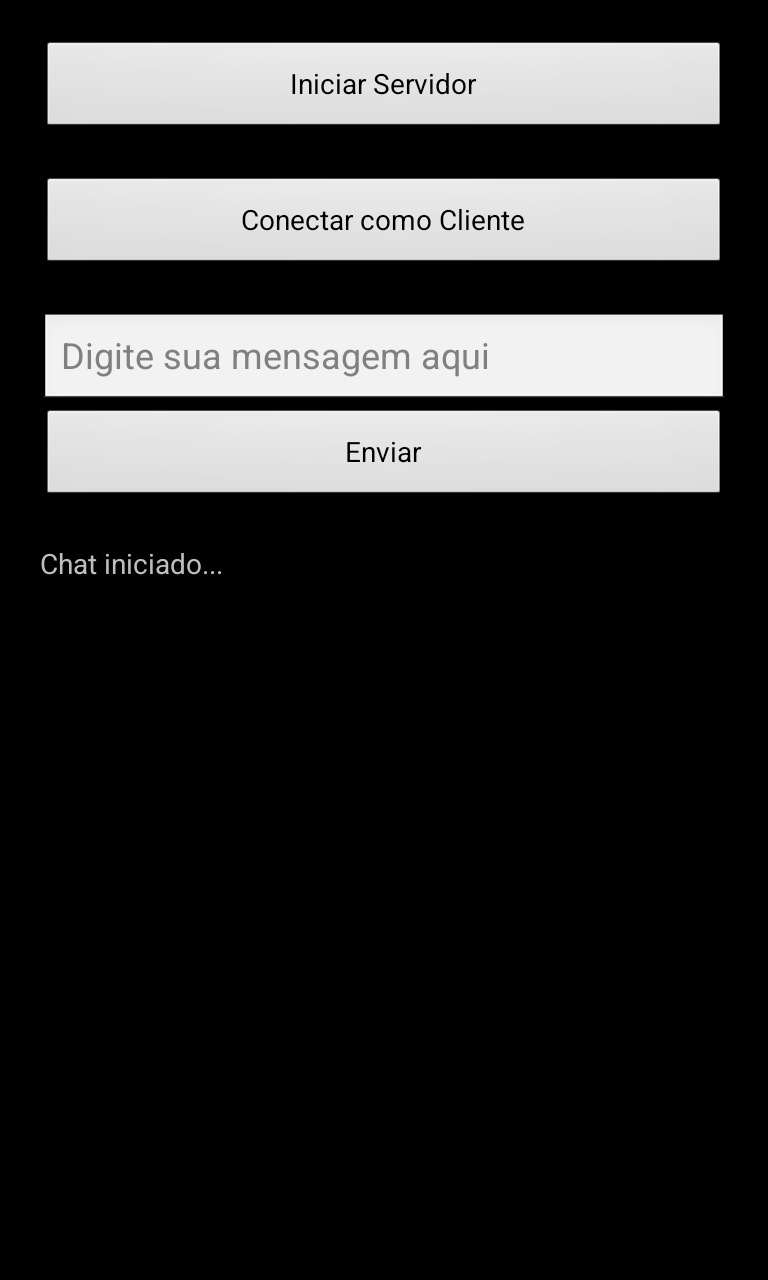
Repository: JoelmirMoura/AppMensagem
Layout: Mensagem/res/layout/main.xml
The author's editor kept a copy of each file at every save. The layout is drawn from the files as they stood at one save, then again after the next save.
It is drawn on a 768 x 1280 px phone screen (xhdpi) without system bars, with theme android:Theme; the app's code is not run.

Above is the layout before, as saved 2026-04-24 18:09:40.

After the next save:
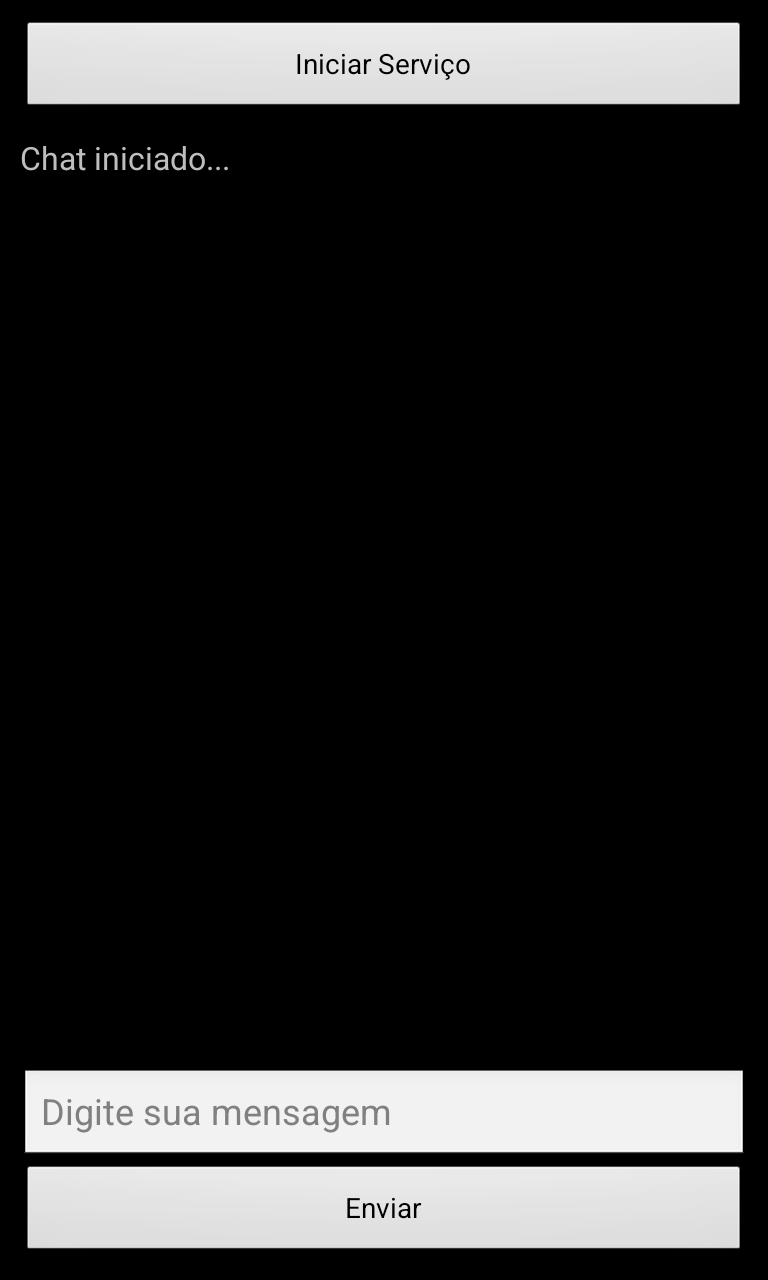
Saved 9 min 55 s later.
--- a/Mensagem/res/layout/main.xml
+++ b/Mensagem/res/layout/main.xml
@@ -1,41 +1,45 @@
 <LinearLayout xmlns:android="http://schemas.android.com/apk/res/android"
     android:orientation="vertical"
-    android:padding="20dp"
+    android:padding="10dp"
     android:layout_width="fill_parent"
     android:layout_height="fill_parent">
 
+    <!-- 🔹 BOTÃO ÚNICO -->
     <Button
         android:id="@+id/btnServidor"
         android:layout_width="fill_parent"
         android:layout_height="wrap_content"
-        android:text="Iniciar Servidor" />
+        android:text="Iniciar Serviço" />
 
-    <Button
-        android:id="@+id/btnCliente"
+    <!-- 🔥 ÁREA DO CHAT COM SCROLL -->
+    <ScrollView
+        android:id="@+id/scrollChat"
         android:layout_width="fill_parent"
-        android:layout_height="wrap_content"
-        android:text="Conectar como Cliente"
-        android:layout_marginTop="20dp" />
+        android:layout_height="0dp"
+        android:layout_weight="1"
+        android:layout_marginTop="10dp">
 
-    <!-- 👇 NOVO CAMPO PARA DIGITAR -->
+        <TextView
+            android:id="@+id/txtChat"
+            android:layout_width="fill_parent"
+            android:layout_height="wrap_content"
+            android:text="Chat iniciado..."
+            android:textSize="16sp" />
+    </ScrollView>
+
+    <!-- 🔹 DIGITAÇÃO -->
     <EditText
         android:id="@+id/editMensagem"
         android:layout_width="fill_parent"
         android:layout_height="wrap_content"
-        android:hint="Digite sua mensagem aqui"
-        android:layout_marginTop="20dp" />
+        android:hint="Digite sua mensagem"
+        android:layout_marginTop="10dp" />
 
+    <!-- 🔹 ENVIAR -->
     <Button
         android:id="@+id/btnEnviar"
         android:layout_width="fill_parent"
         android:layout_height="wrap_content"
         android:text="Enviar" />
 
-    <TextView
-        android:id="@+id/txtChat"
-        android:layout_width="fill_parent"
-        android:layout_height="wrap_content"
-        android:text="Chat iniciado..."
-        android:layout_marginTop="20dp" />
-
 </LinearLayout>
